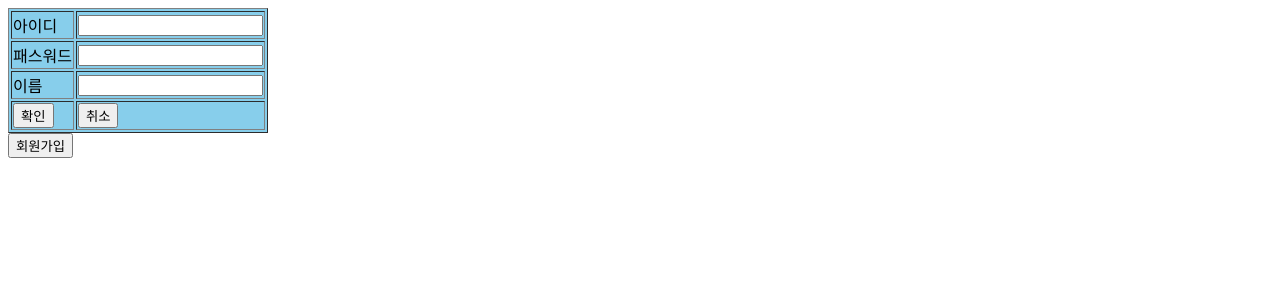
Repository: SongHyeSun/JSP
Page: http://localhost/och11/sessionMember/loginForm.jsp
These files come from the project's save history. The page is drawn as it stood at one moment and after the next save; the edit follows.
The browser window is 1280 px wide. The pictures show the whole page.
The page is served by Tomcat 9.

Above is the page before, as saved 2024-07-19 02:37:51.

After the next save:
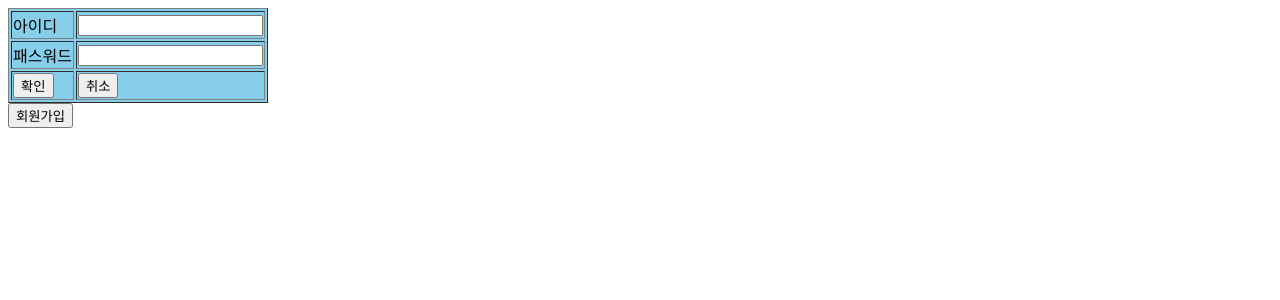
Saved 88 s later.
--- a/jspSrc17/och11/src/main/webapp/sessionMember/loginForm.jsp
+++ b/jspSrc17/och11/src/main/webapp/sessionMember/loginForm.jsp
@@ -17,8 +17,6 @@
 				required="required"></td></tr>
 			<tr><td>패스워드</td><td><input type="password" name="password"
 				required="required"></td></tr>
-			<tr><td>이름</td><td><input type="text" name="name"
-				required="required"></td></tr>
 			<tr><td><input type="submit" value="확인"></td>
 				<td><input type="reset" value="취소"></td></tr>
 		</table>
